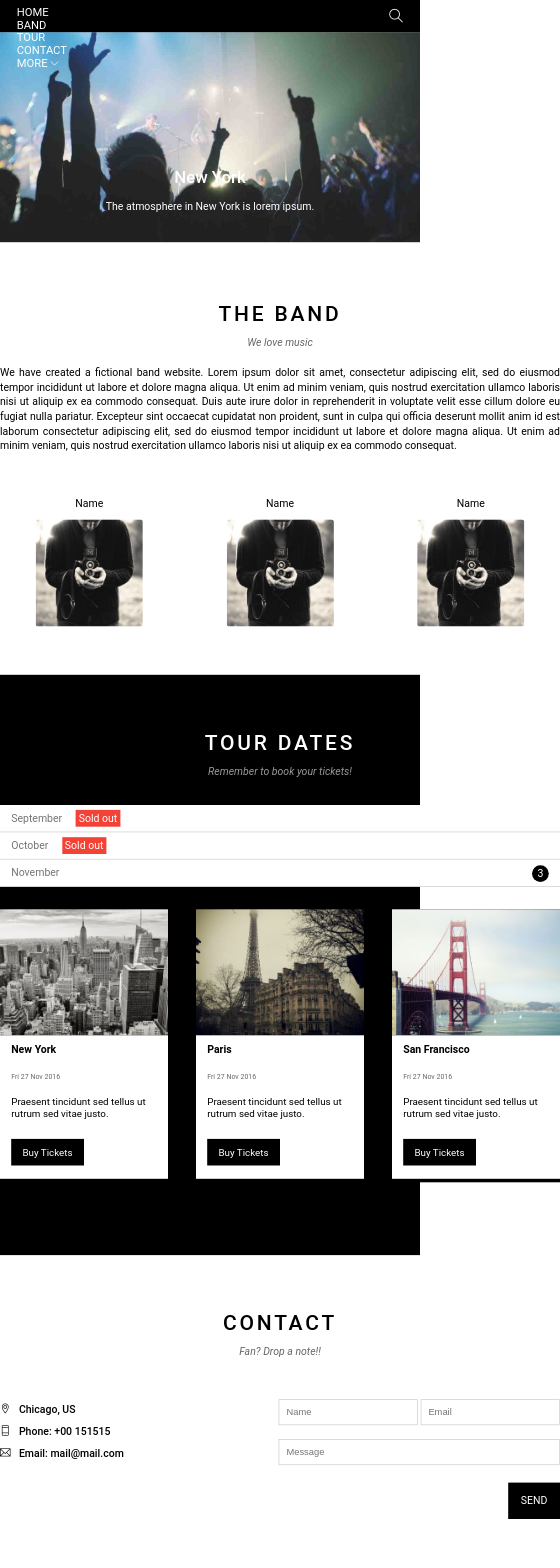
Repository: vuongld315/myLandingPage
Page: index.html
The author's editor kept a copy of each file at every save. The page is drawn from the files as they stood at one save, then again after the next save.
The browser window is 600 px wide. The page is 800 px wide, so the pictures cover 800 px, including what lies to the right of the window. The pictures show the part of the page from y = 0 to 2240 px (the page is 2705 px tall), at 70% of full size.

Above is the page before, as saved 2022-07-29 13:05:30.

After the next save:
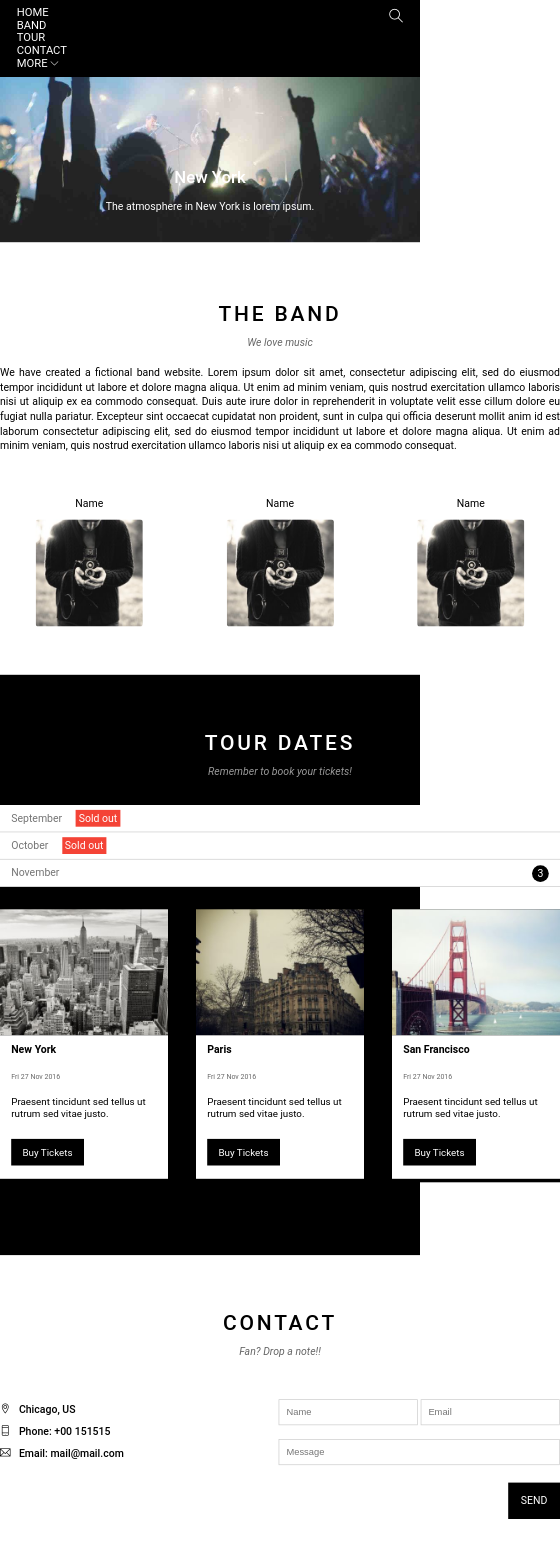
Saved 14 s later.
--- a/assets/css/responsive.css
+++ b/assets/css/responsive.css
@@ -15,7 +15,7 @@
 
 @media (max-width: 740px)   {
     #header     {
-      /* height: auto; */
+      height: auto;
     }
 
 

After the save that followed:
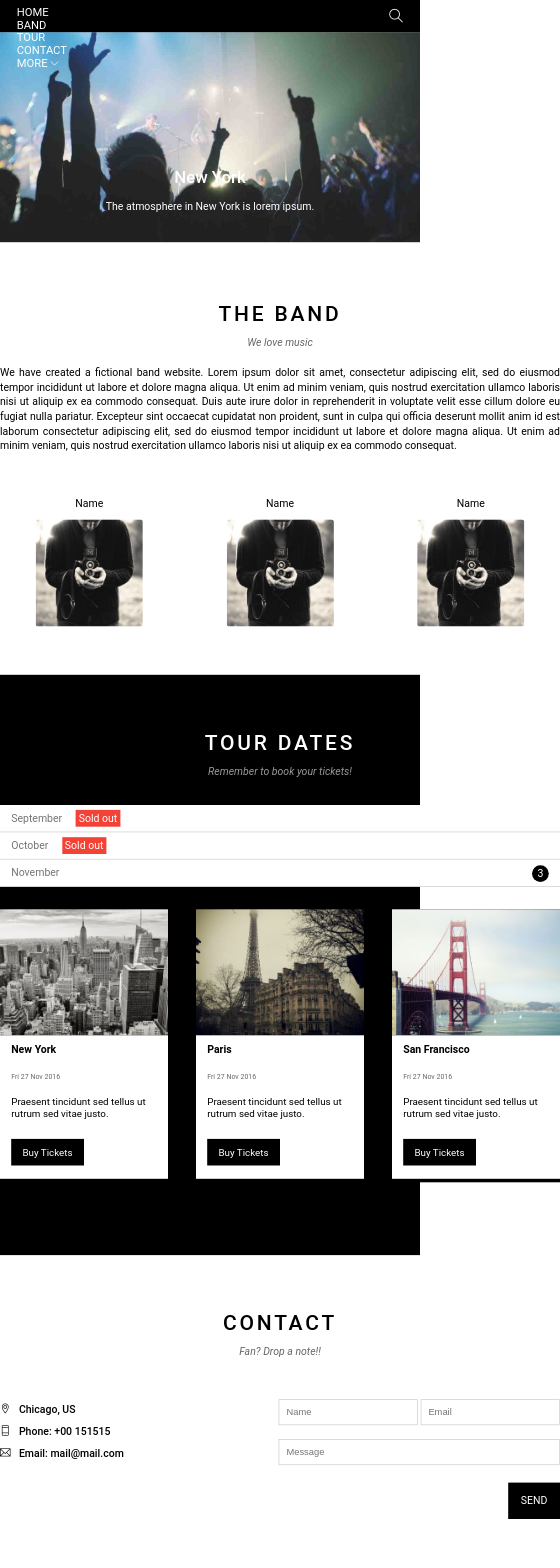
Saved 64 s later.
--- a/assets/css/responsive.css
+++ b/assets/css/responsive.css
@@ -15,7 +15,7 @@
 
 @media (max-width: 740px)   {
     #header     {
-      height: auto;
+      /* height: auto; */
     }
 
 
